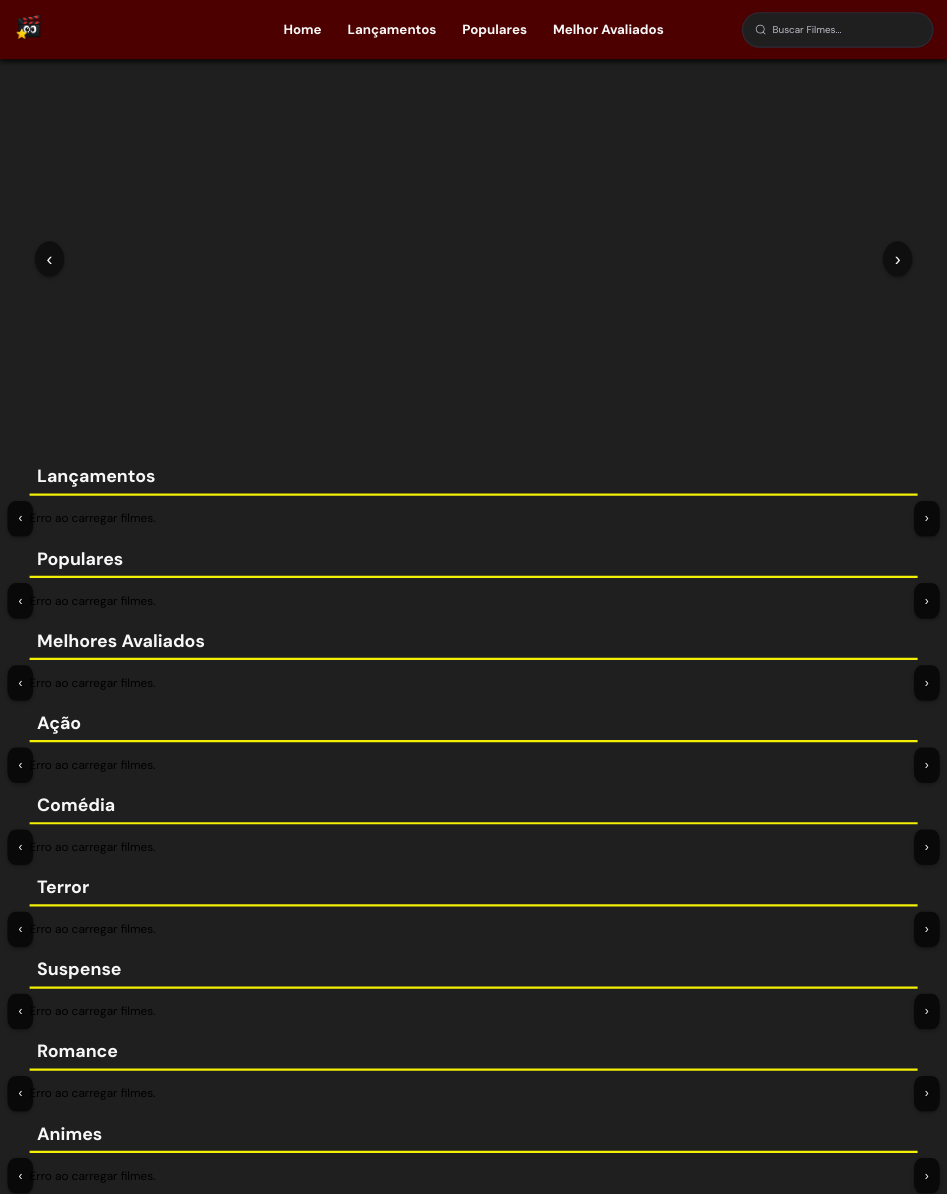
Repository: juanpablitozito/stat-viewer
Page: index.html
An editor plug-in stored every save of this project. The page is shown before and after the next save, followed by the edit.
The browser window is 1280 px wide. The pictures show the whole page, at 74% of full size.
The page's requests for data from a server got no answer.

Above is the page before, as saved 2025-10-01 21:19:38.

After the next save:
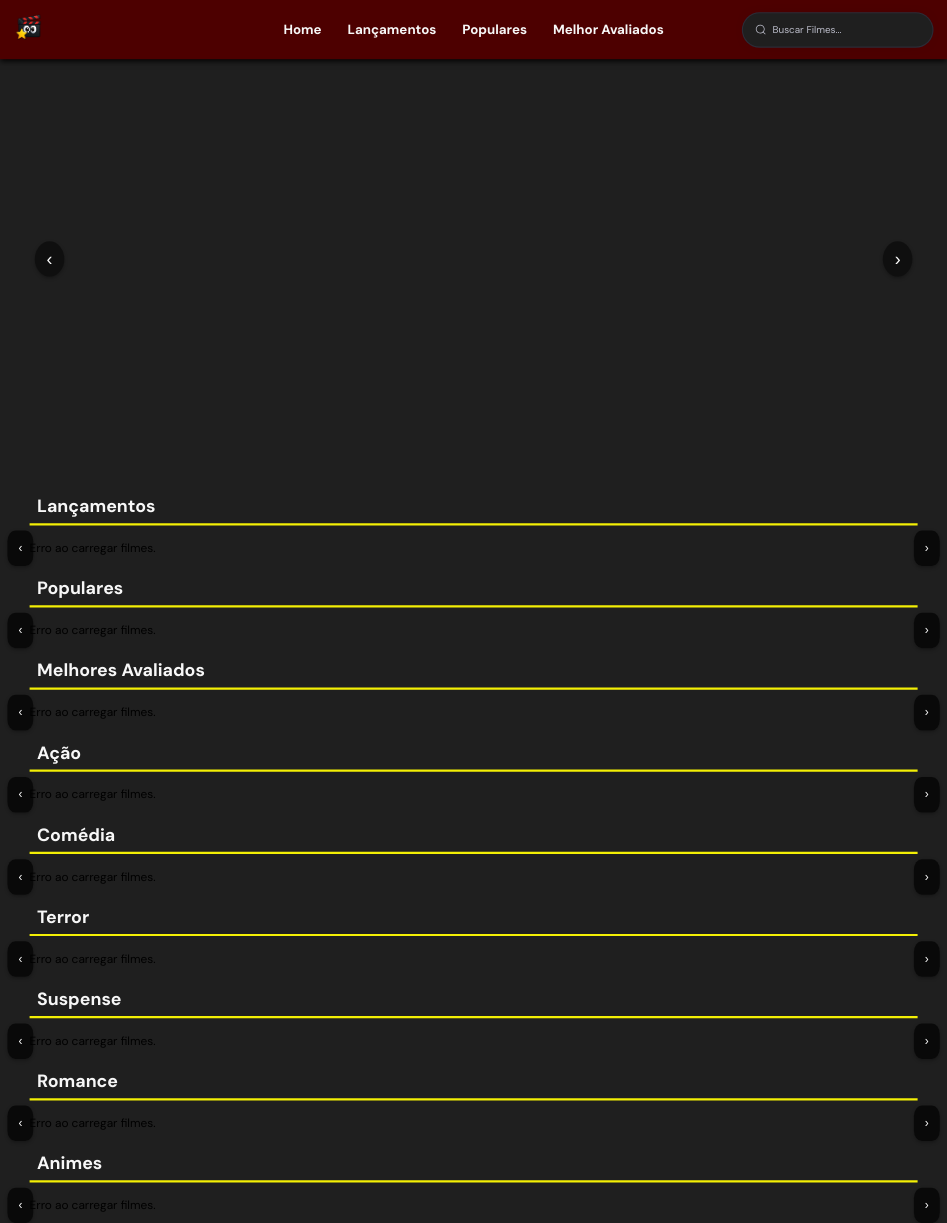
Saved 4 s later.
--- a/src/styles/style.css
+++ b/src/styles/style.css
@@ -132,7 +132,7 @@
   position: relative;  /* Posição relativa */
   width: 95vw;  /* Largura do carrossel */
   height: 600px;  /* Altura do carrossel */
-  margin: 100px auto 10px;  /* Margem automática para centralizar */
+  margin: 100px auto 60px;  /* Margem automática para centralizar */
   overflow: hidden;  /* Oculta qualquer conteúdo fora da área visível */
   border-radius: 10px;  /* Bordas arredondadas */
   box-shadow: 0 4px 10px var(--sombra);  /* Sombra para o carrossel */

After the 3 saves that followed:
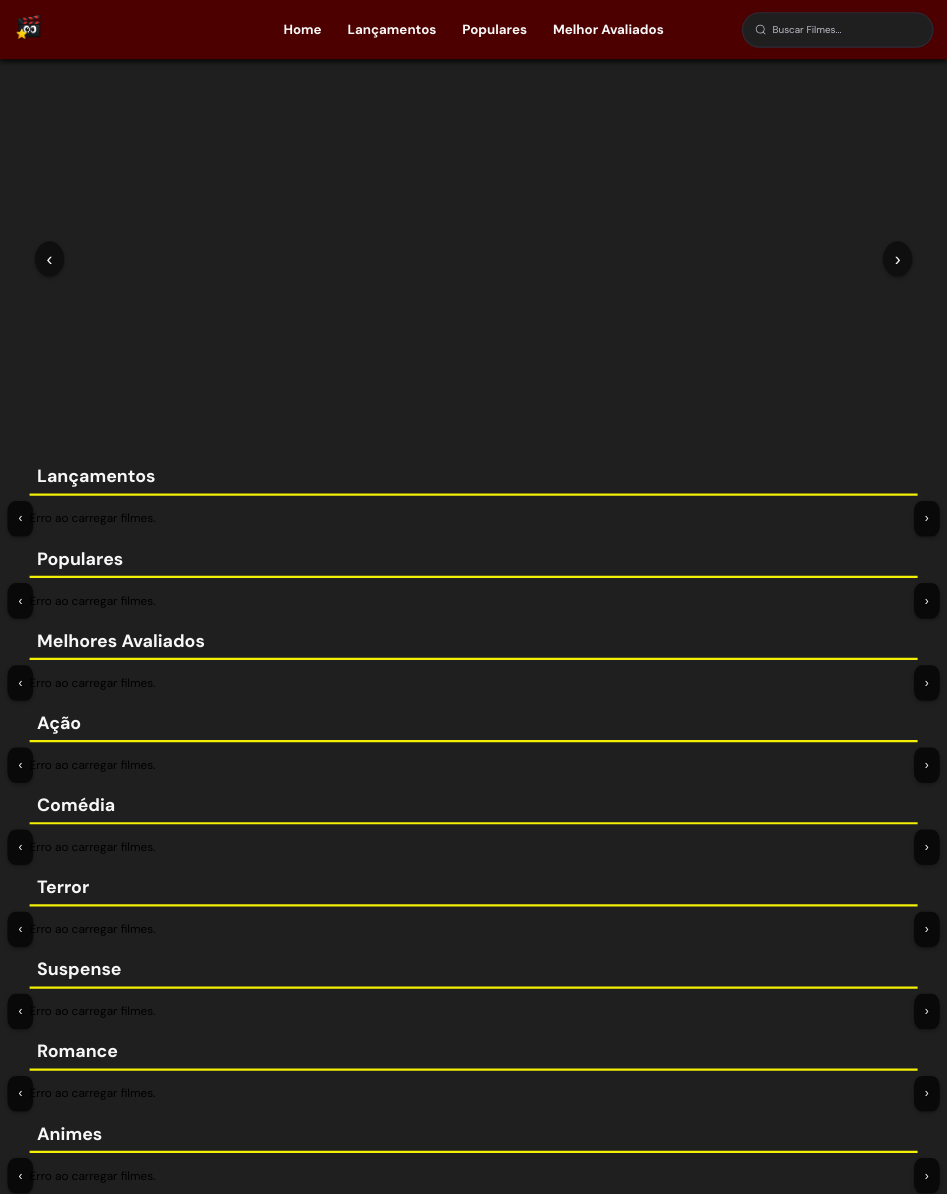
The 3 saves are shown as one change because they came seconds apart.
The last was saved 9 s later.
--- a/src/styles/style.css
+++ b/src/styles/style.css
@@ -132,7 +132,7 @@
   position: relative;  /* Posição relativa */
   width: 95vw;  /* Largura do carrossel */
   height: 600px;  /* Altura do carrossel */
-  margin: 100px auto 60px;  /* Margem automática para centralizar */
+  margin: 100px auto 10px;  /* Margem automática para centralizar */
   overflow: hidden;  /* Oculta qualquer conteúdo fora da área visível */
   border-radius: 10px;  /* Bordas arredondadas */
   box-shadow: 0 4px 10px var(--sombra);  /* Sombra para o carrossel */
